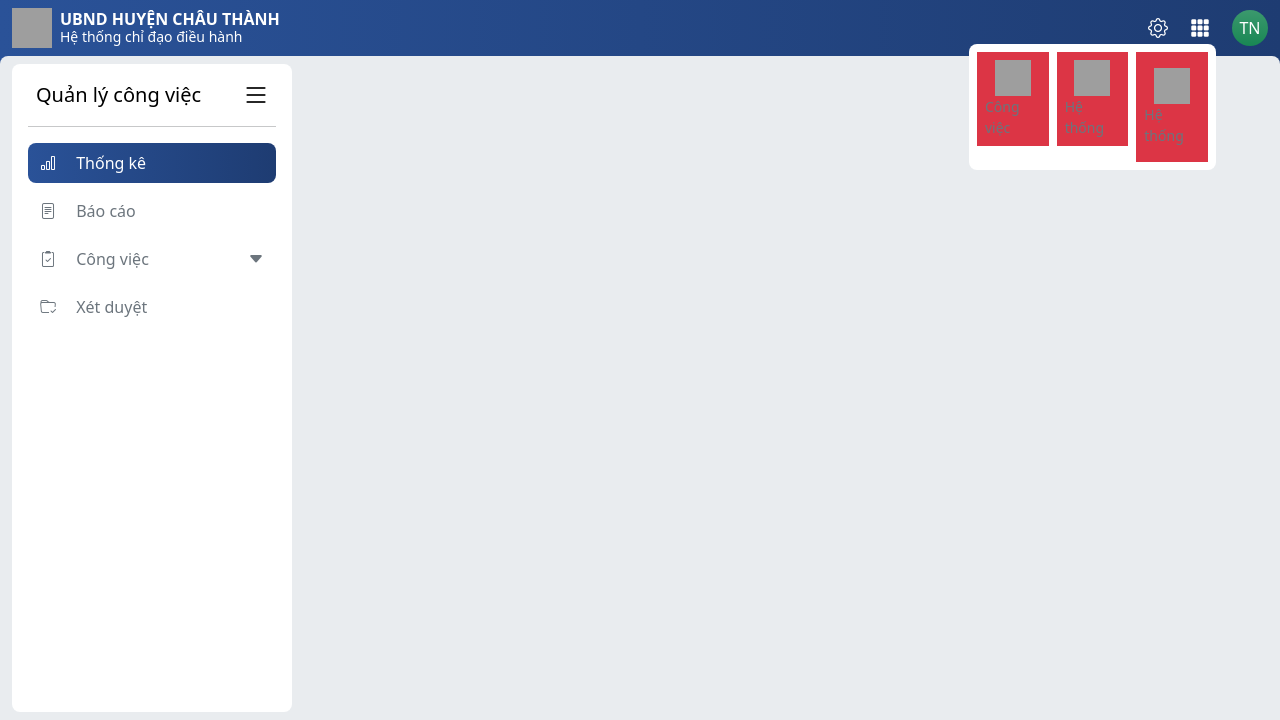
Repository: mys-pro/DATT-HeThongChiDaoDieuHanh
Page: index.html
These files come from the project's save history. The page is drawn as it stood at one moment and after the next save; the edit follows.
The browser window is 1280 px wide. The pictures show the whole page.
Pictures or frames that could not be fetched are drawn as grey boxes.

Above is the page before, as saved 2024-04-21 15:17:50.

After the next save:
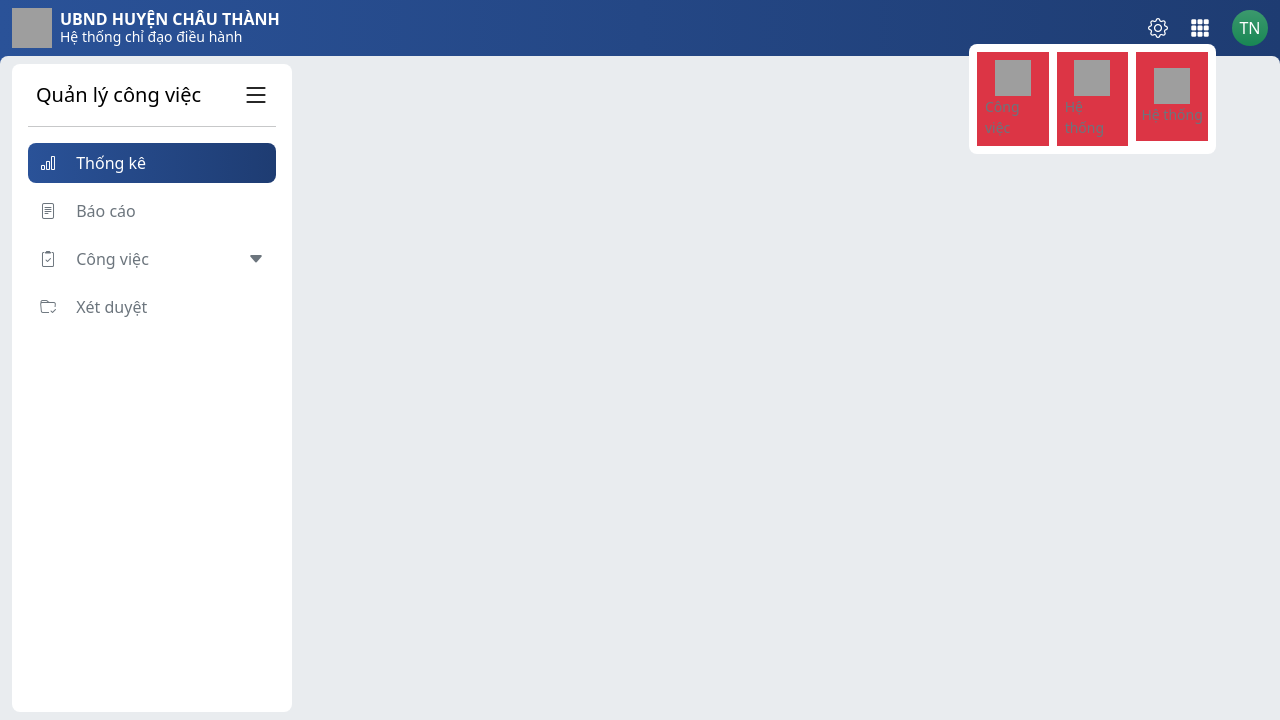
Saved 31 s later.
--- a/index.html
+++ b/index.html
@@ -53,7 +53,7 @@
                                         </a>
                                     </div>
                                     <div class="col">
-                                        <a href="#" class="text-decoration-none text-secondary d-flex flex-column align-items-center bg-danger px-2 py-3">
+                                        <a href="#" class="text-decoration-none text-secondary d-flex flex-column align-items-center bg-danger px-1 py-3">
                                             <img src="./Assets/Image/admin-icon.png" alt="" width="36px" height="36px">
                                             Hệ thống
                                         </a>
